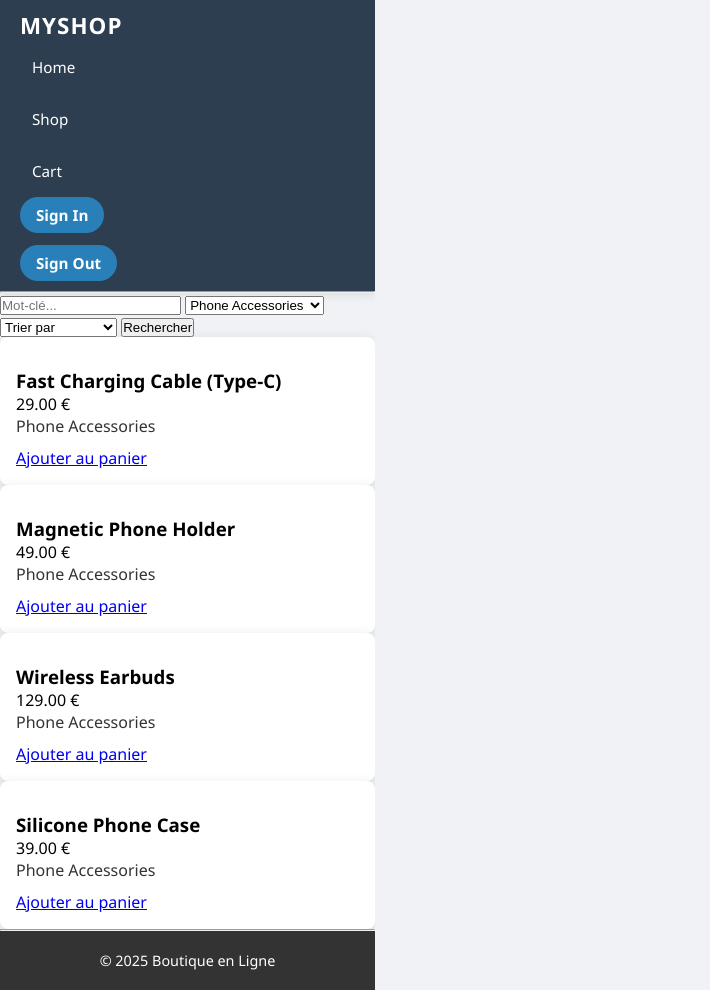
Repository: kiraj-walid/ecomerce
Page: http://localhost/search.php?category=Phone+Accessories
These files come from the project's save history. The page is drawn as it stood at one moment and after the next save; the edit follows.
The browser window is 375 px wide. The page is 375 px wide, then 710 px, so the pictures cover 710 px, including what lies to the right of the window. The pictures show the whole page.
The page is run by PHP 8.4 with error messages shown; the project is at /var/www/html/. The database holds what the project's SQL file puts in it. Queries for data that is not in the repository find no rows.

Above is the page before, as saved 2025-05-07 15:26:41.

### search.php
<?php
require_once 'includes/db.php';
require_once 'includes/functions.php';

// Récupérer les filtres
$keyword = $_GET['keyword'] ?? '';
$categorie = $_GET['category'] ?? '';
$sort = $_GET['sort'] ?? '';

// Construction de la requête
$sql = "SELECT * FROM produits WHERE 1";
$params = [];
if ($keyword) {
    $sql .= " AND (nom LIKE ? OR description LIKE ?)";
    $params[] = "%$keyword%";
    $params[] = "%$keyword%";
}
if ($categorie) {
    $sql .= " AND categorie = ?";
    $params[] = $categorie;
}
if ($sort === 'price_asc') {
    $sql .= " ORDER BY prix ASC";
} elseif ($sort === 'price_desc') {
    $sql .= " ORDER BY prix DESC";
} else {
    $sql .= " ORDER BY id DESC";
}

$stmt = $pdo->prepare($sql);
$stmt->execute($params);
$products = $stmt->fetchAll();

// Récupérer les valeurs distinctes pour les filtres
$categories = $pdo->query('SELECT DISTINCT categorie FROM produits WHERE categorie IS NOT NULL AND categorie != ""')->fetchAll(PDO::FETCH_COLUMN);

include 'includes/header.php';
?>
<form method="get" action="search.php" class="search-form">
    <input type="text" name="keyword" placeholder="Mot-clé..." value="<?= htmlspecialchars($keyword) ?>">
    <select name="category">
        <option value="">Catégorie</option>
        <?php foreach ($categories as $cat) : ?>
            <option value="<?= htmlspecialchars($cat) ?>" <?= $cat == $categorie ? 'selected' : '' ?>><?= htmlspecialchars($cat) ?></option>
        <?php endforeach; ?>
    </select>
    <select name="sort">
        <option value="">Trier par</option>
        <option value="price_asc" <?= $sort == 'price_asc' ? 'selected' : '' ?>>Prix croissant</option>
        <option value="price_desc" <?= $sort == 'price_desc' ? 'selected' : '' ?>>Prix décroissant</option>
    </select>
    <button type="submit">Rechercher</button>
</form>
<div class="product-grid">
    <?php if (count($products) === 0) : ?>
        <p>Aucun produit trouvé.</p>
    <?php else : ?>
        <?php foreach ($products as $prod) : ?>
            <div class="product-card">
                <div class="product-image">
                    <?php
                    $stmt_imgs = $pdo->prepare('SELECT image FROM images_produit WHERE produit_id = ?');
                    $stmt_imgs->execute([$prod['id']]);
                    $images = $stmt_imgs->fetchAll(PDO::FETCH_COLUMN);
                    ?>
                    <div class="product-gallery" style="text-align:center; position:relative;">
                        <?php if ($images && count($images) > 0): ?>
                            <span onclick="prevImgSearch(<?= $prod['id'] ?>)" style="cursor:pointer; position:absolute; left:0; top:50%; transform:translateY(-50%); font-size:18px; color:#333; padding:2px 6px; z-index:2;">
                                <svg width="20" height="20" viewBox="0 0 24 24"><polyline points="15 18 9 12 15 6" fill="none" stroke="#333" stroke-width="2" stroke-linecap="round" stroke-linejoin="round"/></svg>
                            </span>
                            <img src="assets/images/<?= htmlspecialchars($images[0]) ?>" alt="<?= htmlspecialchars($prod['nom']) ?>" style="max-width:80px; max-height:60px; margin-bottom:2px;" id="main-img-<?= $prod['id'] ?>-search">
                            <span onclick="nextImgSearch(<?= $prod['id'] ?>)" style="cursor:pointer; position:absolute; right:0; top:50%; transform:translateY(-50%); font-size:18px; color:#333; padding:2px 6px; z-index:2;">
                                <svg width="20" height="20" viewBox="0 0 24 24"><polyline points="9 6 15 12 9 18" fill="none" stroke="#333" stroke-width="2" stroke-linecap="round" stroke-linejoin="round"/></svg>
                            </span>
                        <?php endif; ?>
                    </div>
                </div>
                <h3><?= htmlspecialchars($prod['nom']) ?></h3>
                <p class="product-price"><?= number_format($prod['prix'], 2) ?> €</p>
                <p class="product-category"><?= htmlspecialchars($prod['categorie']) ?></p>
                <a href="cart.php?add=<?= $prod['id'] ?>" class="add-to-cart-btn">Ajouter au panier</a>
            </div>
        <?php endforeach; ?>
    <?php endif; ?>
</div>

<!-- <?php if (count($products) === 0) : ?>
    <p>Aucun produit trouvé.</p>
<?php else : ?>
    <table border="1" cellpadding="5" cellspacing="0">
        <tr>
            <th>Nom</th>
            <th>Prix</th>
            <th>Catégorie</th>
            <th>Action</th>
        </tr>
        <?php foreach ($products as $prod) : ?>
        <tr>
            <td>
                <?php
                $stmt_imgs = $pdo->prepare('SELECT image FROM images_produit WHERE produit_id = ?');
                $stmt_imgs->execute([$prod['id']]);
                $images = $stmt_imgs->fetchAll(PDO::FETCH_COLUMN);
                ?>
                <div class="product-gallery" style="text-align:center; position:relative;">
                    <?php if ($images && count($images) > 0): ?>
                        <span onclick="prevImgSearch(<?= $prod['id'] ?>)" style="cursor:pointer; position:absolute; left:0; top:50%; transform:translateY(-50%); font-size:18px; color:#333; padding:2px 6px; z-index:2;">
                            <svg width="20" height="20" viewBox="0 0 24 24"><polyline points="15 18 9 12 15 6" fill="none" stroke="#333" stroke-width="2" stroke-linecap="round" stroke-linejoin="round"/></svg>
                        </span>
                        <img src="assets/images/<?= htmlspecialchars($images[0]) ?>" alt="<?= htmlspecialchars($prod['nom']) ?>" style="max-width:80px; max-height:60px; margin-bottom:2px;" id="main-img-<?= $prod['id'] ?>-search">
                        <span onclick="nextImgSearch(<?= $prod['id'] ?>)" style="cursor:pointer; position:absolute; right:0; top:50%; transform:translateY(-50%); font-size:18px; color:#333; padding:2px 6px; z-index:2;">
                            <svg width="20" height="20" viewBox="0 0 24 24"><polyline points="9 6 15 12 9 18" fill="none" stroke="#333" stroke-width="2" stroke-linecap="round" stroke-linejoin="round"/></svg>
                        </span>
                        <?php if (count($images) > 1): ?>
                            <script>
                            var imgsS<?= $prod['id'] ?> = <?= json_encode($images) ?>;
                            var idxS<?= $prod['id'] ?> = 0;
                            function nextImgSearch(pid) {
                                if (window['idxS'+pid] < window['imgsS'+pid].length-1) window['idxS'+pid]++;
                                else window['idxS'+pid]=0;
                                document.getElementById('main-img-'+pid+'-search').src = 'assets/images/' + window['imgsS'+pid][window['idxS'+pid]];
                            }
                            function prevImgSearch(pid) {
                                if (window['idxS'+pid] > 0) window['idxS'+pid]--;
                                else window['idxS'+pid]=window['imgsS'+pid].length-1;
                                document.getElementById('main-img-'+pid+'-search').src = 'assets/images/' + window['imgsS'+pid][window['idxS'+pid]];
                            }
                            window['imgsS'+<?= $prod['id'] ?>] = imgsS<?= $prod['id'] ?>;
                            window['idxS'+<?= $prod['id'] ?>] = 0;
                            </script>
                        <?php endif; ?>
                    <?php endif; ?>
                </div>
                <br><?= htmlspecialchars($prod['nom']) ?>
            </td>
            <td><?= number_format($prod['prix'], 2) ?> €</td>
            <td><?= htmlspecialchars($prod['categorie']) ?></td>
            <td><a href="cart.php?add=<?= $prod['id'] ?>">Ajouter au panier</a></td>
        </tr>
        <?php endforeach; ?>
    </table>
<?php endif; ?> -->
<?php include 'includes/footer.php'; ?>

### includes/db.php
<?php
// Connexion à la base de données
$host = 'localhost';
$db   = 'boutique';
$user = 'root';
$pass = '';
$charset = 'utf8mb4';

$dsn = "mysql:host=$host;dbname=$db;charset=$charset";
$options = [
    PDO::ATTR_ERRMODE            => PDO::ERRMODE_EXCEPTION,
    PDO::ATTR_DEFAULT_FETCH_MODE => PDO::FETCH_ASSOC,
    PDO::ATTR_EMULATE_PREPARES   => false,
];
try {
     $pdo = new PDO($dsn, $user, $pass, $options);
} catch (PDOException $e) {
     exit('Erreur de connexion à la base de données : ' . $e->getMessage());
}

### includes/functions.php
<?php
session_start();

function is_logged_in() {
    return isset($_SESSION['user_id']);
}

function is_admin() {
    return isset($_SESSION['role']) && $_SESSION['role'] === 'admin';
}

function redirect($url) {
    header('Location: ' . $url);
    exit();
}

### includes/header.php
<?php
require_once __DIR__ . '/functions.php';
?>
<!DOCTYPE html>
<html lang="fr">
<head>
    <meta charset="UTF-8">
    <title>Boutique en Ligne</title>
    <link rel="stylesheet" href="assets/css/style.css">
</head>
<body>
<nav>
    <div class="nav-container">
        <a href="#" class="logo">MyShop</a>
        <div class="nav-links">
            <a href="index.php">Home</a>
            <a href="shop.php">Shop</a>
            <a href="cart.php">Cart</a>
        </div>
        <div class="auth-links">
            <a href="login.php" class="sign-in-btn">Sign In</a>
            <a href="logout.php" class="sign-out-btn">Sign Out</a>
        </div>
    </div>
</nav>

<hr>

### includes/footer.php
<hr>
<footer>
    <p>&copy; <?php echo date('Y'); ?> Boutique en Ligne</p>
</footer>
</body>
</html>

### assets/css/style.css
/* General Reset */
* {
    margin: 0;
    padding: 0;
    box-sizing: border-box;
}

body {
    font-family: 'Segoe UI', sans-serif;
    background-color: #f0f2f5;
}
/* Navbar */
nav {
    background-color: #2C3E50;
    padding: 10px 20px;
    /* Remove position: fixed; for normal scrolling */
    width: 100%;
    box-shadow: 0 4px 10px rgba(0, 0, 0, 0.1);
}

/* Navbar Container */
nav .nav-container {
    display: flex;
    justify-content: space-between;
    align-items: center;
    max-width: 1200px;
    margin: 0 auto;
}

/* Logo */
nav .logo {
    font-size: 1.4em; /* Smaller font size for logo */
    color: white;
    font-weight: bold;
    text-transform: uppercase;
    text-decoration: none;
    letter-spacing: 1px;
}

/* Centered navigation links */
nav .nav-links {
    display: flex;
    gap: 20px; /* Reduced gap between links */
    margin-left: auto;
    margin-right: auto; /* Centering the links */
}

nav .nav-links a {
    color: white;
    text-decoration: none;
    font-size: 0.95em; /* Slightly smaller font size */
    padding: 6px 12px; /* Smaller padding */
    border-radius: 25px; /* Slightly smaller rounded corners */
    transition: background-color 0.3s ease, color 0.3s ease;
}

nav .nav-links a:hover {
    background-color: #F39C12; /* Golden color on hover */
    color: #2C3E50;
}

/* Auth links on the right (Sign In / Sign Out) */
nav .auth-links {
    display: flex;
    gap: 12px; /* Reduced gap between buttons */
}

nav .sign-in-btn, nav .sign-out-btn {
    color: white;
    text-decoration: none;
    font-size: 0.95em; /* Smaller font size */
    font-weight: bold;
    padding: 8px 16px; /* Smaller padding */
    background-color: #2980B9; /* Blue background */
    border-radius: 25px; /* Smaller rounded corners */
    transition: background-color 0.3s ease;
}

nav .sign-in-btn:hover, nav .sign-out-btn:hover {
    background-color: #3498DB; /* Lighter blue on hover */
    color: white;
}

/* Make navbar responsive */
@media (max-width: 768px) {
    nav .nav-container {
        flex-direction: column;
        align-items: flex-start;
    }

    nav .nav-links {
        flex-direction: column;
        align-items: flex-start;
        margin-left: 0;
        margin-top: 10px;
    }

    nav .auth-links {
        margin-top: 10px;
        flex-direction: column;
        align-items: flex-start;
    }
}

/* Hero Section */
.hero-section {
    position: relative;
    background-image: url('assets/images/landingpage.webp');
    background-size: cover;
    background-position: center;
    height: 400px;
    color: white;
    display: flex;
    justify-content: center;
    align-items: center;
    text-align: center;
}

.hero-overlay {
    position: absolute;
    top: 0;
    left: 0;
    width: 100%;
    height: 100%;
    background: rgba(0, 0, 0, 0.5);
}

.hero-content {
    position: relative;
    z-index: 2;
}

.hero-content h1 {
    font-size: 3em;
    margin-bottom: 20px;
}

.hero-content p {
    font-size: 1.25em;
    margin-bottom: 30px;
}

.hero-search {
    display: flex;
    justify-content: center;
    margin-top: 20px;
}

.hero-search input {
    padding: 12px 20px;
    font-size: 1em;
    border-radius: 20px 0 0 20px;
    border: none;
    width: 300px;
}

.hero-search button {
    padding: 12px 20px;
    background-color: #f39c12;
    color: white;
    border: none;
    border-radius: 0 20px 20px 0;
    cursor: pointer;
}

.hero-search button:hover {
    background-color: #e67e22;
}

/* Category Filters */
.category-filters {
    display: flex;
    justify-content: center;
    margin: 20px 0;
    flex-wrap: wrap;
}

.category-card {
    background-color: #333;
    color: white;
    padding: 10px 20px;
    margin: 5px;
    text-decoration: none;
    border-radius: 20px;
    font-size: 1em;
}

.category-card:hover {
    background-color: #555;
}

/* Product Listing */
.product-listing {
    display: grid;
    grid-template-columns: repeat(auto-fill, minmax(250px, 1fr));
    gap: 20px;
    padding: 20px;
    max-width: 1200px;
    margin: 0 auto;
}

.product-card {
    background-color: white;
    padding: 16px;
    border-radius: 8px;
    box-shadow: 0 2px 12px rgba(0, 0, 0, 0.1);
    transition: transform 0.3s, box-shadow 0.3s;
}

.product-card:hover {
    transform: translateY(-4px);
    box-shadow: 0 4px 16px rgba(0, 0, 0, 0.1);
}

.product-gallery {
    text-align: center;
    margin-bottom: 15px;
}

.product-image {
    max-width: 100%;
    height: auto;
    border-radius: 6px;
}

.product-info {
    text-align: center;
}

.product-info strong {
    font-size: 1.2em;
    margin: 10px 0;
}

.product-rating {
    font-size: 1em;
    color: #f39c12;
}

.product-category {
    font-size: 1em;
    color: #333;
    margin-bottom: 10px;
}

.product-desc {
    font-size: 0.9em;
    color: #666;
    margin-bottom: 10px;
}

.product-actions a {
    display: inline-block;
    padding: 10px 15px;
    margin-top: 10px;
    background-color: #333;
    color: white;
    text-decoration: none;
    border-radius: 4px;
}

.product-actions a:hover {
    background-color: #555;
}

/* Footer */
footer {
    text-align: center;
    color: #888;
    font-size: 0.9em;
    padding: 20px;
    background-color: #333;
    color: white;
}

### sql/schema.sql (the tables this page reads)
CREATE TABLE IF NOT EXISTS produits (
    id INT AUTO_INCREMENT PRIMARY KEY,
    nom VARCHAR(100),
    description TEXT,
    prix DECIMAL(10,2),
    categorie VARCHAR(50),
    image VARCHAR(255)
);

INSERT INTO produits (nom, prix, description, categorie) VALUES
('Silicone Phone Case', 39, 'Ultra-thin, shockproof, multiple colors', 'Phone Accessories'),
('Wireless Earbuds', 129, 'Bluetooth 5.0, 4h battery life', 'Phone Accessories'),
('Magnetic Phone Holder', 49, 'For car or desk, 360° rotation', 'Phone Accessories'),
('Fast Charging Cable (Type-C)', 29, 'Braided, durable, 1.5m length', 'Phone Accessories');

INSERT INTO produits (nom, prix, description, categorie) VALUES
('Laptop Cooling Pad', 139, '5 silent fans, adjustable tilt angles', 'Laptop Accessories'),
('Wireless Mouse', 79, 'Compact, USB receiver included', 'Laptop Accessories'),
('Laptop Stand Adjustable', 99, 'Foldable aluminum design', 'Laptop Accessories');

INSERT INTO produits (nom, prix, description, categorie) VALUES
('USB Drive 64GB', 75, 'USB 3.0, metal body', 'USB & Storage'),
('External HDD 1TB', 499, 'Fast data transfer, shock resistant', 'USB & Storage');

INSERT INTO produits (nom, prix, description, categorie) VALUES
('LED Desk Lamp w/ USB Port', 169, 'Adjustable light, night mode', 'Desk Gadgets'),
('Mini Desk Fan USB', 89, 'Quiet, portable, plug & play', 'Desk Gadgets'),
('Digital Alarm Clock', 99, 'LED display, temperature sensor', 'Desk Gadgets');

INSERT INTO produits (nom, prix, description, categorie) VALUES
('Smartwatch Student Edition', 299, 'Step counter, notifications, sleep track', 'Wearable Tech'),
('Fitness Tracker Band', 199, 'Waterproof, long battery life', 'Wearable Tech');

After the next save:
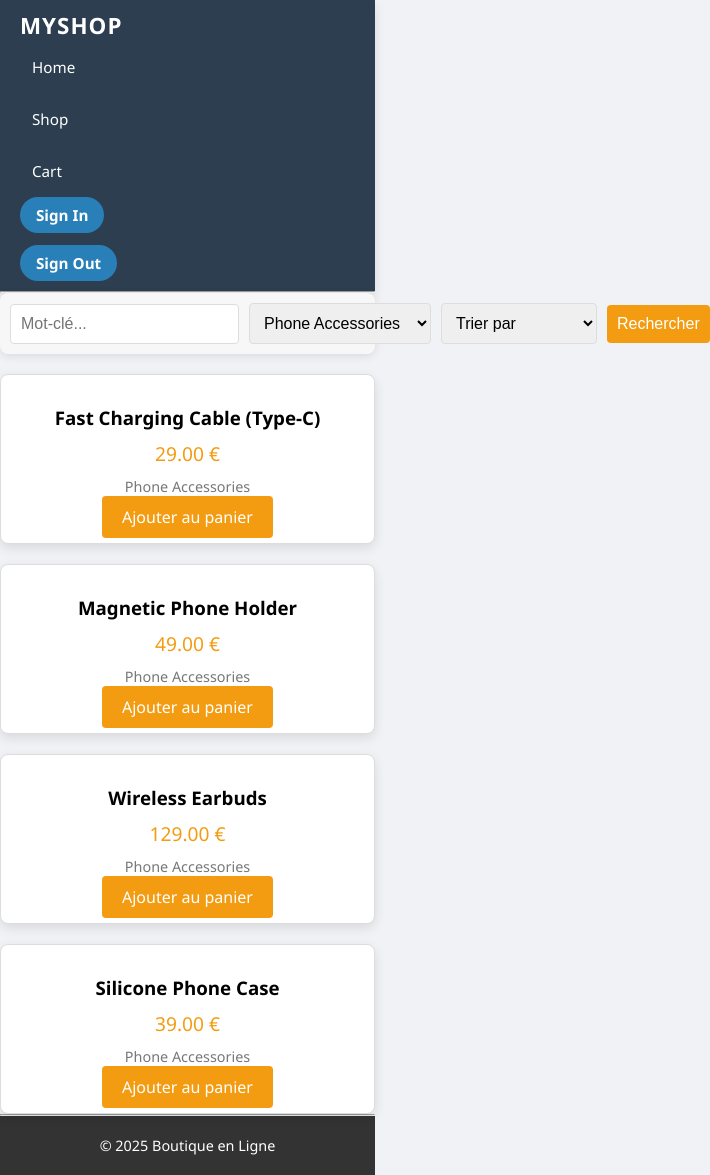
Saved 65 s later.
--- a/assets/css/style.css
+++ b/assets/css/style.css
@@ -272,3 +272,104 @@ footer {
     background-color: #333;
     color: white;
 }
+
+/* Search Form Styling */
+.search-form {
+    display: flex;
+    gap: 10px;
+    align-items: center;
+    margin-bottom: 20px;
+    padding: 10px;
+    background-color: #f7f7f7;
+    border-radius: 8px;
+    box-shadow: 0 2px 10px rgba(0, 0, 0, 0.1);
+}
+
+.search-form input,
+.search-form select,
+.search-form button {
+    padding: 10px;
+    font-size: 16px;
+    border: 1px solid #ddd;
+    border-radius: 4px;
+}
+
+.search-form button {
+    background-color: #f39c12;
+    color: white;
+    border: none;
+    cursor: pointer;
+}
+
+.search-form button:hover {
+    background-color: #e67e22;
+}
+
+/* Product Grid */
+.product-grid {
+    display: grid;
+    grid-template-columns: repeat(auto-fill, minmax(250px, 1fr));
+    gap: 20px;
+    margin-top: 20px;
+}
+
+/* Product Card Styling */
+.product-card {
+    background-color: #fff;
+    padding: 15px;
+    border: 1px solid #ddd;
+    border-radius: 8px;
+    box-shadow: 0 4px 12px rgba(0, 0, 0, 0.1);
+    text-align: center;
+    transition: all 0.3s ease;
+}
+
+.product-card:hover {
+    transform: translateY(-5px);
+    box-shadow: 0 8px 16px rgba(0, 0, 0, 0.2);
+}
+
+.product-card img {
+    max-width: 100%;
+    height: auto;
+    border-radius: 8px;
+}
+
+.product-price {
+    font-size: 1.2em;
+    color: #f39c12;
+    margin: 10px 0;
+}
+
+.product-category {
+    font-size: 0.9em;
+    color: #777;
+    margin-bottom: 10px;
+}
+
+.add-to-cart-btn {
+    padding: 10px 20px;
+    background-color: #f39c12;
+    color: white;
+    border: none;
+    border-radius: 4px;
+    text-decoration: none;
+    cursor: pointer;
+}
+
+.add-to-cart-btn:hover {
+    background-color: #e67e22;
+}
+
+/* Responsive Design */
+@media (max-width: 768px) {
+    .product-grid {
+        grid-template-columns: 1fr 1fr;
+    }
+}
+
+@media (max-width: 480px) {
+    .product-grid {
+        grid-template-columns: 1fr;
+    }
+}
